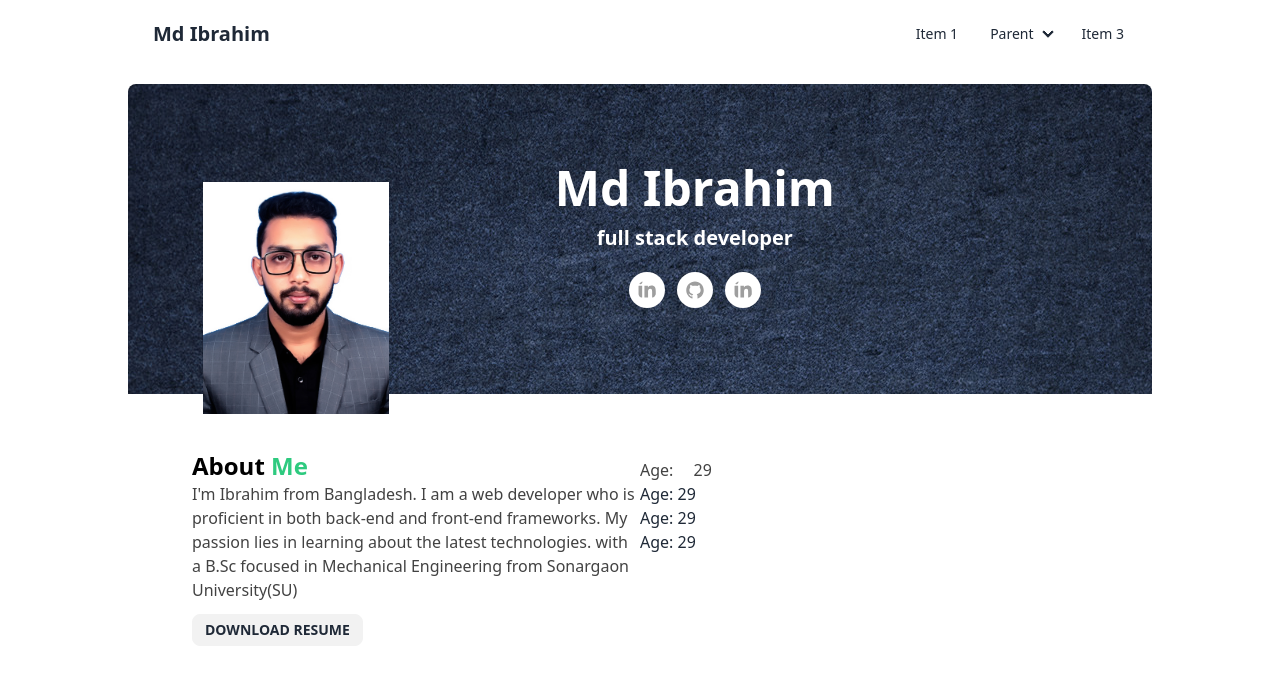
Repository: mdrubel02/portfilo
Page: /
The author's editor kept a copy of each file at every save. The page is drawn from the files as they stood at one save, then again after the next save.
The browser window is 1280 px wide. The pictures show the whole page.
The project was rebuilt for these pictures with package versions that can differ from the ones it lists, and the page was loaded fresh each time. Also part of the build but not shown: vite.config.js.

Above is the page before, as saved 2023-06-25 17:12:20.

After the next save:
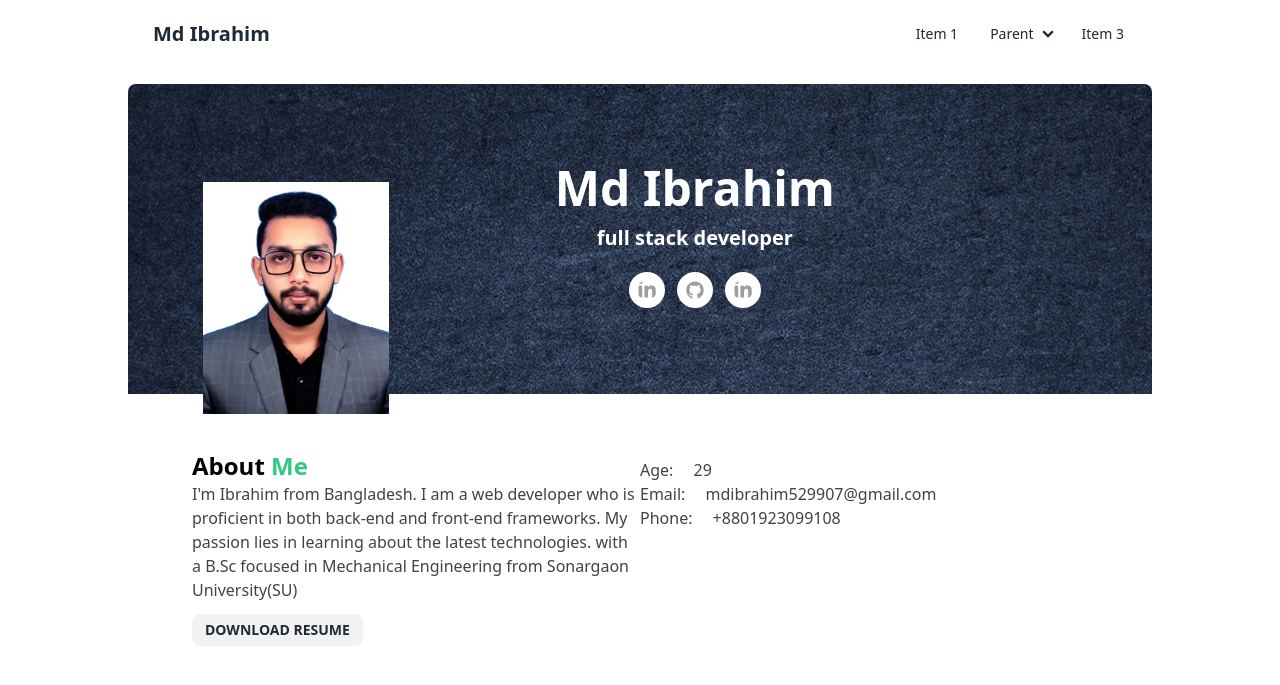
Saved 3 min 30 s later.
--- a/src/Pages/Home/me.jsx
+++ b/src/Pages/Home/me.jsx
@@ -14,9 +14,8 @@ const me = () => {
                 <div className='md:w-3/6 lg:mt-16 max-[600px]:ms-5'>
                     <div>
                         <h4 className='text-[#424242] '>Age: <span className='ms-4'>29</span></h4>
-                        <h4 className=''>Age: <span>29</span></h4>
-                        <h4 className=''>Age: <span>29</span></h4>
-                        <h4 className=''>Age: <span>29</span></h4>
+                        <h4 className='text-[#424242] '>Email: <span className='ms-4'>mdibrahim529907@gmail.com</span></h4>
+                        <h4 className='text-[#424242] '>Phone: <span className='ms-4'>+8801923099108</span></h4>
                     </div>
                 </div>
             </div>
